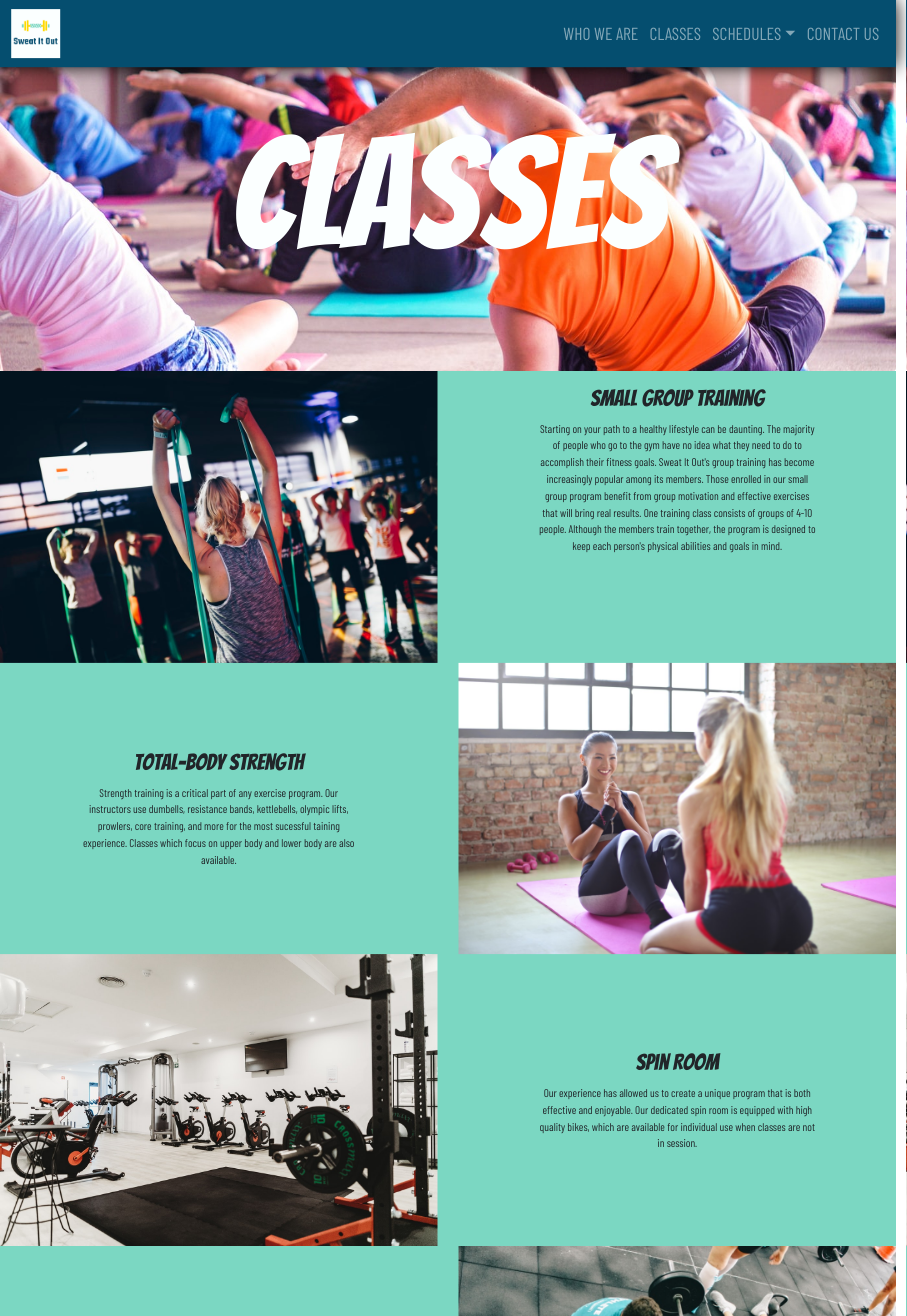
Repository: amybru/sweatitout
Page: classes.html
The author's editor kept a record of every edit. The page is drawn from the files as they stood at one moment, then again after the next edit.
The browser window is 1280 px wide. The page is 1295 px wide, so the pictures cover 1295 px, including what lies to the right of the window. The pictures show the part of the page from y = 0 to 1880 px (the page is 2873 px tall), at 70% of full size.
Some web fonts or font styles are not loaded; a fallback is used. Some web libraries are served in a nearby version.

Above is the page before.

### classes.html
<!DOCTYPE html>
<html>

<head>
    <meta charset="utf-8">
    <meta name="viewport" content="width=device-width, initial-scale=1.0">
    <link rel="stylesheet" href="https://maxcdn.bootstrapcdn.com/bootstrap/4.2.1/css/bootstrap.min.css" type="text/css" />
    <link rel="stylesheet" href="https://maxcdn.bootstrapcdn.com/font-awesome/4.7.0/css/font-awesome.min.css" type="text/css" />
    <link href="https://fonts.googleapis.com/css?family=Bangers|Barlow+Condensed:200,300,400,500,700&display=swap" rel="stylesheet">
    <link rel="stylesheet" type="text/css" href="css/style.css">
    <title>Gym</title>
</head>

<body>

    <header>
        <nav class="navbar navbar-expand-lg navbar-dark bg-default fixed-top">
            <a class="navbar-brand" href="index.html">
    <img src="./img/logo.png" width="70" height="70" alt="logo">
  </a>
            <button class="navbar-toggler" type="button" data-toggle="collapse" data-target="#navbarNavDropdown" aria-controls="navbarNavDropdown" aria-expanded="false" aria-label="Toggle navigation">
    <span class="navbar-toggler-icon"></span>
  </button>
            <div class="collapse navbar-collapse" id="navbarNavDropdown">
                <ul class="navbar-nav ml-auto">
                    <li class="nav-item">
                        <a class="nav-link uppercase" href="about.html">Who We Are</a>
                    </li>
                    <li class="nav-item">
                        <a class="nav-link uppercase" href="classes.html">Classes</a>
                    </li>
                    <li class="nav-item dropdown d-none d-lg-block">
                        <a class="nav-link dropdown-toggle uppercase" href="#" id="navbarDropdownMenuLink" role="button" data-toggle="dropdown" aria-haspopup="true" aria-expanded="false">Schedules</a>
                        <div class="dropdown-menu" aria-labelledby="navbarDropdownMenuLink">
                            <a class="dropdown-item uppercase" href="./img/2018schedule.pdf" target="_blank">2018 Schedule</a>
                            <a class="dropdown-item uppercase" href="./img/2019schedule.pdf" target="_blank">2019 Schedule</a>
                            <a class="dropdown-item uppercase" href="./img/2019schedule.pdf" target="_blank">2020 Schedule</a>
                        </div>
                    </li>
                    <li class="nav-item">
                        <a class="nav-link uppercase" href="contact.html">Contact Us</a>
                    </li>
                </ul>
            </div>
        </nav>
    </header>

    <section class="jumbotron" id="classes-view">
        <div class="row">
            <div class="col-12">
                <section class="callout">
                    <h1 class="gym-name">Classes</h1>
                </section>
            </div>
        </div>
    </section>

    <section class="container-fluid classesavailable">
        <div class="row">
            <div class="col-md-6 order-2 order-md-1">
                <img class="img-fluid" src="./img/gymthree.jpg" alt="Small Group" id="optionone">
            </div>
            <div class="col-md-6 text-center order-1 order-md-2">
                <div class="row justify-content-center">
                    <div class="col-10 col-lg-8 blurb">
                        <h4 class="card-title">Small Group Training</h4>
                        <p class="card-text">Starting on your path to a healthy lifestyle can be daunting. The majority of people who go to the gym have no idea what they need to do to accomplish their fitness goals. Sweat It Out's group training has become increasingly popular among its members. Those enrolled in our small group program benefit from group motivation and effective exercises that will bring real results. One training class consists of groups of 4-10 people. Although the members train together, the program is designed to keep each person's physical abilities and goals in mind. </p>
                    </div>
                </div>
            </div>
        </div>

        <div class="row align-items-center content">
            <div class="col-md-6 text-center order-2 order-md-1">
                <div class="row justify-content-center">
                    <div class="col-10 col-lg-8 blurb">
                        <h4 class="card-title">Total-Body Strength</h4>
                        <p class="card-text">
                            Strength training is a critical part of any exercise program. Our instructors use dumbells, resistance bands, kettlebells, olympic lifts, prowlers, core training, and more for the most sucessful taining experience. Classes which focus on upper body and lower body are also available.
                        </p>
                    </div>
                </div>
            </div>
            <div class="col-md-6 order-2 order-md-1">
                <img class="img-fluid" src="./img/gymone.jpeg" alt="Total Body Strength" id="optiontwo">
            </div>
        </div>


        <div class="row align-items-center content">
            <div class="col-md-6 order-2 order-md-1">
                <img class="img-fluid" src="./img/classesone.jpg" alt="Spinroom" id="optionthree">
            </div>
            <div class="col-md-6 text-center order-1 order-md-2">
                <div class="row justify-content-center">
                    <div class="col-10 col-lg-8 blurb">
                        <h4 class="card-title">Spin Room</h4>
                        <p class="card-text">Our experience has allowed us to create a unique program that is both effective and enjoyable. Our dedicated spin room is equipped with high quality bikes, which are available for individual use when classes are not in session.</p>
                    </div>
                </div>
            </div>
        </div>

        <div class="row align-items-center content">
            <div class="col-md-6 text-center order-2 order-md-1">
                <div class="row justify-content-center">
                    <div class="col-10 col-lg-8 blurb">
                        <h4 class="card-title">One-On-One Training</h4>
                        <p class="card-text">There isn't just one workout plan that works for everyone. One-on-one training is a personalized training oportunity. Your trainer will work with you to help you set and reach your goals. Reward yourself with improved health, mood, confidence, energy and longevity.</p>
                    </div>
                </div>
            </div>
            <div class="col-md-6 order-2 order-md-1">
                <img class="img-fluid" src="./img/gymtwo.jpg" alt="One-On-One" id="optionfour">
            </div>
        </div>

    </section>



    <section class="scheduling ">
        <table>
            <tr>
                <td class="weekday">Sunday</td>
                <td class="weekday">Monday</td>
                <td class="weekday">Tuesday</td>
                <td class="weekday">Wednesday</td>
                <td class="weekday">Thursday</td>
                <td class="weekday">Friday</td>
                <td class="weekday">Saturday</td>
            </tr>
            <tr>
                <td></td>
                <td>5:30am Lower-Body Burn</td>
                <td></td>
                <td>6:00am Upper-Body burn</td>
                <td>5:30am Lower-Body Burn</td>
                <td>6:00am Upper-Body Burn</td>
                <td></td>
            </tr>
            <tr>
                <td>7:00am Total Body Strength</td>
                <td></td>
                <td>7:00am Total Body Strength</td>
                <td></td>
                <td>7:00am Total Body Strength</td>
                <td></td>
                <td>7:00am Total Body Strength</td>
            </tr>
            <tr>
                <td>9:00am Spin Room</td>
                <td></td>
                <td></td>
                <td></td>
                <td></td>
                <td>9:00am Spin Room</td>
                <td>9:00am Spin Room</td>
            </tr>
            <tr>
                <td></td>
                <td></td>
                <td></td>
                <td>5:30pm Upper-Body Burn</td>
                <td>6:30pm Lower-Body Burn</td>
                <td>5:30pm Upper-Body Burn</td>
                <td>4:30pm Lower-Body Burn</td>
            </tr>
            <tr>
                <td>7:00pm Total Body Strength</td>
                <td>6:30pm Lower-Body Burn</td>
                <td>7:00pm Total Body Strength</td>
                <td></td>
                <td>7:00pm Total Body Strength</td>
                <td></td>
                <td>7:00pm Spin Room</td>
            </tr>
        </table>
    </section>

    <div class="row" id="schedule">
        <div class="col-sm-6">
            <h5 class="uppercase general-sub">Download the most up to date schedule</h5>
            <a href="./img/2019schedule.pdf" target="_blank" class="schedule-pdf" target="_blank">
                    <i class="fa fa-download" aria-hidden="true"></i>
                    <span class="sr-only">Download link</span>
                </a>
        </div>

        <div class="col-sm-6">
            <h5 class="uppercase general-sub">Questions? Interested in signing up for a class?</h5>
            <a href="contact.html" class="btn btn-lg classesbtn uppercase">Sign up today!</a>
        </div>
    </div>


    <footer class="footer container-fluid" id="footer">
        <div>
            <div id="footer-details">
                <h5 class="footer-name uppercase">SWEAT IT OUT</h5>
                <p class="block">123 1st Street<br> (555) 222-2323</p>
            </div>

            <div class="footer-social">
                <ul class="list-inline social-links">
                    <li class="list-inline-item">
                        <a target="_blank" href="https://www.facebook.com/">
                            <i class="fa fa-facebook" aria-hidden="true"></i>
                            <span class="sr-only"Facebook></span>
                        </a>
                    </li>
                    <li class="list-inline-item">
                        <a target="_blank" href="https://www.yelp.com/">
                            <i class="fa fa-yelp" aria-hidden="true"></i>
                            <span class="sr-only"Yelp></span>
                        </a>
                    </li>
                    <li class="list-inline-item">
                        <a target="_blank" href="https://www.google.com/">
                            <i class="fa fa-google-plus" aria-hidden="true"></i>
                            <span class="sr-only"Google+></span>
                        </a>
                    </li>
                    <li class="list-inline-item">
                        <a target="_blank" href="https://www.instagram.com/">
                            <i class="fa fa-instagram" aria-hidden="true"></i>
                            <span class="sr-only"Instagram></span>
                        </a>
                    </li>
                    <li class="list-inline-item">
                        <a target="_blank" href="https://twitter.com/?lang=en">
                            <i class="fa fa-twitter" aria-hidden="true"></i>
                            <span class="sr-only"Twitter></span>
                        </a>
                    </li>
                </ul>
            </div>
        </div>

    </footer>

</body>

<script src="https://code.jquery.com/jquery-3.3.1.slim.min.js" integrity="sha384-q8i/X+965DzO0rT7abK41JStQIAqVgRVzpbzo5smXKp4YfRvH+8abtTE1Pi6jizo" crossorigin="anonymous"></script>
<script src="https://cdnjs.cloudflare.com/ajax/libs/popper.js/1.14.7/umd/popper.min.js" integrity="sha384-UO2eT0CpHqdSJQ6hJty5KVphtPhzWj9WO1clHTMGa3JDZwrnQq4sF86dIHNDz0W1" crossorigin="anonymous"></script>
<script src="https://stackpath.bootstrapcdn.com/bootstrap/4.3.1/js/bootstrap.min.js" integrity="sha384-JjSmVgyd0p3pXB1rRibZUAYoIIy6OrQ6VrjIEaFf/nJGzIxFDsf4x0xIM+B07jRM" crossorigin="anonymous"></script>

</html>

### css/style.css
/* ----------------------------------------General */

body {
    font-family: 'Barlow Condensed', sans-serif;
    font-size: 400;
    margin-top: 80px;
    margin-bottom: 0;
}

h1 {
    font-family: 'Bangers', sans-serif;
}

.card-button {
    display: block;
    max-width: 300px;
    margin: auto;
    font-family: 'Bangers', sans-serif;
    font-weight: bold;
    border-radius: 23px;
    width: 160px;
    margin-top: 20px;
    background-color: #054e6f;
    color: #fbffff;
}

.card-button:hover {
    background-color: #ffd900;
    color: #fbffff;
}

.reviewb {
    background-color: #054e6f;
    color: #fbffff;
    border-radius: 23px;
    font-family: 'Bangers', sans-serif;
}

.reviewb:hover {
    background-color: #67c60a;
    color: #fbffff;
}

.modalbtn {
    color: #054e6f;
    background-color: #ffd900;
    border-color: #f05f40;
    border-radius: 23px;
    font-family: 'Bangers', sans-serif;
}

.landingbutton {
    color: #054e6f;
    background-color: #ffd900;
    border-radius: 23px;
    border-color: #054e6f;
    font-family: 'Bangers', sans-serif;
}

.landingbutton:hover {
    color: #ffd900;
    background-color: #054e6f;
}

.free-button {
    display: block;
    max-width: 500px;
    margin: auto;
    font-family: 'Bangers', sans-serif;
    font-weight: bold;
    border-radius: 23px;
    width: 300px;
    margin-top: 40px;
    background-color: #054e6f;
    color: #fbffff;
}

.free-button:hover {
    background-color: #67c60a;
    color: #fbffff;
}

.btn-contact[type="submit"] {
    margin-top: 20px;
    margin-bottom: 30px;
    color: #000;
    background-color: #ffd900;
    font-family: 'Bangers', sans-serif;
}

.btn-contact:hover {
    color: #ffd900;
    background-color: #000;
}

.uppercase {
    text-transform: uppercase;
}

/* ----------------------------------------Navbar*/

nav {
    background-color: #054e6f;
    position: fixed;
    top: 0;
    left: 0;
    right: 0;
    display: flex;
    box-shadow: 0 0 25px 0 #000;
    z-index: 1;
}


.navbar-brand {
    width: 80px;
    height: 80px;
    transition: transform .2s;
}

.navbar-brand:hover {
    transform: scale(1.25);
}

.navbar-nav li a {
    text-decoration: none;
    color: #fbffff;
    font-size: 25px;
    border-radius: 23px;
    text-align: right;
    transition-property: background-color;
    transition-duration: .5s;
    transition-timing-function: ease-in-out;
}

.navbar-nav li a:hover {
    color: #054e6f;
    background-color: #fbffff;
    border-radius: 23px;
}

.dropdown-menu {
    background-color: #ffd900;
    color: #054e6f;
    position: relative;
}

.dropdown-item {
    background-color: #ffd900;
    color: #054e6f;
    border-radius: 23px;
}

.dropdown-item:hover {
    color: #054e6f;
    background-color: #fbffff;
    transition-property: background-color;
    transition-duration: .5s;
    transition-timing-function: ease-in-out;
}

/* ---------------------------------------Jumbotrons */

.jumbotron {
    height: 22em;
    display: flex;
    justify-content: center;
    text-align: center;
    position: relative;
    margin-bottom: 0;
}

#landing-view {
    background-image: url("../img/fit.jpg");
    max-height: 450px;
    background-position: center;
    background-repeat: no-repeat;
    background-size: cover;
    text-align: center;
    font-size: 2vw;
    color: #fbffff;
}

#about-view {
    background-image: url("../img/sweatitoutgym.jpg");
    max-height: 450px;
    background-position: center;
    background-repeat: no-repeat;
    background-size: cover;
    text-align: center;

    font-size: 2.5vw;
    color: #fbffff;
}

#classes-view {
    background-image: url("../img/workout.jpg");
    max-height: 450px;
    background-position: center;
    background-repeat: no-repeat;
    background-size: cover;
    text-align: center;

    font-size: 2.5vw;
    color: #fbffff;
}

#contact-view {
    background-image: url("../img/gymfour.jpg");
    max-height: 400px;
    background-position: center;
    background-repeat: no-repeat;
    background-size: cover;
    text-align: center;

    font-size: 2.5vw;
    color: #fbffff;
}

/* ----------------------------------------Footer */


footer {
    background-color: #054e6f;
    color: #fbffff;
    text-align: center;
     min-height: 130px;
     margin-bottom: 0;
}

.social-links {
    padding-bottom: 15px;
}

.social-links li a i {
    width: 32px;
    height: 32px;
    padding: 12px 0;
    border-radius: 50%;
    font-size: 13px;
    line-height: 7px;
    text-align: center;
    color: #fbffff;
    background: #000;
    transition: all 0.35s ease-in-out;
    -moz-transition: all 0.35s ease-in-out;
    -webkit-transition: all 0.35s ease-in-out;
    -o-transition: all 0.35s ease-in-out;
}

.social-links li a i:hover {
    background-color: #ffd900;
}

#footer-details {
    padding: 20px;
}

.navbar-toggler {
    color: #fbffff;
}

/* ----------------------------------------Home page styles */

.bg-color-about-landing {
    background-color: #fbffff;
    padding-top: 10px;
    margin-top: 10px;
    margin-bottom: 35px;
}

.bg-color-services-landing {
    background-color: #7bd7c2;
    padding: 40px;
}

.bg-color-review-landing {
    background-color: #ffd900;
}

.about-landing-page h3 {
    font-size: 60px;
    font-family: 'Bangers', sans-serif;
}

.about-landing-page p {
    font-size: 30px;
}

.gym-name {
    font-size: 7em;
}

.card-main {
    margin: 20px 10px;
    transition: transform .2s;
}

.card-main:hover {
    transform: scale(1.25);
}

.card-title {
    font-family: 'Bangers', sans-serif;
}

.review {
    padding-top: 3em;
    padding-bottom: 2em;
    margin: 0;
}

#reviews {
    font-family: 'Bangers', sans-serif;
    font-size: 40px;
}

/* ----------------------------------------About Page styles */

.about-about {
    background-color: #fbffff;
    margin: 0;
}

.about-about p {
    font-size: 35px;
}

.about-gallery {
    background-color: #7bd6c2;
    padding: 20px;
    margin: 0;
}

.about-gallery .flex {
    display: flex;
    padding: 30px;
}

.about-gallery h2 {
    margin-bottom: 40px;
    font-family: 'Bangers', sans-serif;
    font-size: 55px;
    padding-top: 20px;
    padding-left: 30px;
}

.about-gallery h3 {
    font-weight: 400;
    width: 100%;
    font-size: 32px;
    font-family: 'Bangers', sans-serif;
    line-height: 1;
}

.about-gallery p {
    font-weight: 400;
    margin-top: 5px;
    font-size: 18px;
    max-width: 600px;
    text-align: justify;
}

.about-gallery .photo {
    width: 208px;
    height: 211px;
    border-radius: 50%;
    position: relative;
    margin-right: 5px;
}

.about-gallery .border {
    border: 5px solid #fbffff;
}

.instructor-details {
    padding-left: 30px;
    padding-right: 100px;
}


.about-skills {
    background-color: #054e6f;
    padding-top: 20px;
    padding-bottom: 20px;
    margin: 0;
}

.about-skills h3 {
    font-family: 'Bangers', sans-serif;
    font-size: 60px;
    text-align: center;
    color: #fff;
}

.about-skills h4 {
    font-family: 'Bangers', sans-serif;
    font-size: 30px;
    color: #ffd900;
}

.about-skills p {
    margin-bottom: 0;
    padding: 0;
    text-align: right;
    color: #fbffff;
}

.about-signup {
    background-color: #ffd900;
    text-align: center;
    padding-top: 50px;
    padding-bottom: 20px;
}

.about-signup h3 {
    font-family: 'Bangers', sans-serif;
    font-size: 55px;
}

.about-signup p {
    font-size: 30px;
}

/* ----------------------------------------Classes page styles*/

.classesavailable {
    background-color: #7bd7c2;
    padding: 0;
    align-items: center;
}

.blurb {
    padding: 20px;
}

.content {
    align-items: center;
}

.blurb h4 {
    font-size: 2rem;
}

#optionone {
    padding-left: 0;
    background-position: center;
    background-repeat: no-repeat;
    background-size: cover;
    text-align: center;
}

#optiontwo {
    padding-right: 0;
    background-position: center;
    background-repeat: no-repeat;
    background-size: cover;
    text-align: center;
}

#optionthree {
    padding-left: 0;
    background-position: center;
    background-repeat: no-repeat;
    background-size: cover;
    text-align: center;
}

#optionfour {
    padding-right: 0;
    background-position: center;
    background-repeat: no-repeat;
    background-size: cover;
    text-align: center;
}




table {
    border-collapse: collapse;
    border: 2px solid rgb(200, 200, 200);
    letter-spacing: 1px;
    font-size: 0.8rem;
    margin-bottom: 10px;
    margin-top: 30px;
}

.weekday {
    font-family: 'Bangers', sans-serif;
    font-size: 20px;

}

td,
th {
    border: 1px solid rgb(190, 190, 190);
    padding: 10px 20px;
}

th {
    background-color: rgb(235, 235, 235);
}

td {
    text-align: center;
}

@media only screen and (max-width: 1026px) {
  .scheduling  {
    display: none;
  }
}

.schedule-pdf i {
    font-size: 25px;
    color: #ffd900;
    background-color: #054e6f;
    width: 45px;
    height: 45px;
    padding: 20px 0px;
    border-radius: 50%;
    line-height: 6px;
    text-align: center;
    transition: all 0.35s ease-in-out;
    -moz-transition: all 0.35s ease-in-out;
    -webkit-transition: all 0.35s ease-in-out;
    -o-transition: all 0.35s ease-in-out;
}

.schedule-pdf i:hover {
    color: #054e6f;
    background-color: #ffd900;
}

.classesbtn {
    background-color: #054e6f;
    color: #ffd900;
    border-radius: 23px;
    font-family: 'Bangers', sans-serif;
}

.classesbtn:hover {
    background-color: #ffd900;
    color: #054e6f;
}

#schedule {
    padding: 15px;
}

#schedule h5 {
    font-family: 'Bangers', sans-serif;
    font-size: 2.5em;
}


/* ----------------------------------------Contact page styles*/

.column {
    float: left;
    margin-top: 0px;
    padding-top: 10px;
    margin-bottom: 30px;
}

.left {
    width: 40%;
    background-color: #7bd7c2;;
    text-align: center;
}

.right {
    width: 60%;
    background-color: #fbffff;
    justify-content: center;
}

.contact-gym-name {
    font-family: 'Bangers', sans-serif;
    font-size: 50px;
}

.contact-info-item .key {
    font-size: 30px;
    font-weight: 600;
}

.contact-info-item .value {
    font-size: 25px;
}


.contact-gym-hours {
    font-family: 'Bangers', sans-serif;
    font-size: 40px;
}

.buisness-info-item {
    background-color: white;
}

.buisness-info-item .key {
    font-size: 30px;
    font-weight: 600;
}

.buisness-info-item .value {
    font-size: 25px
}

.contact-form {
    padding-left: 100px;
    padding-right: 100px;
}

form {
    padding-top: 15px;
}

.contact-form h3 {
    font-family: 'Bangers', sans-serif;
    font-size: 50px;
}

.contact-form h5 {
    font-family: 'Bangers', sans-serif;
    font-size: 30px;
}

.contact-heading {
    font-family: 'Bangers', sans-serif;
    font-size: 50px;
}

After the next edit:
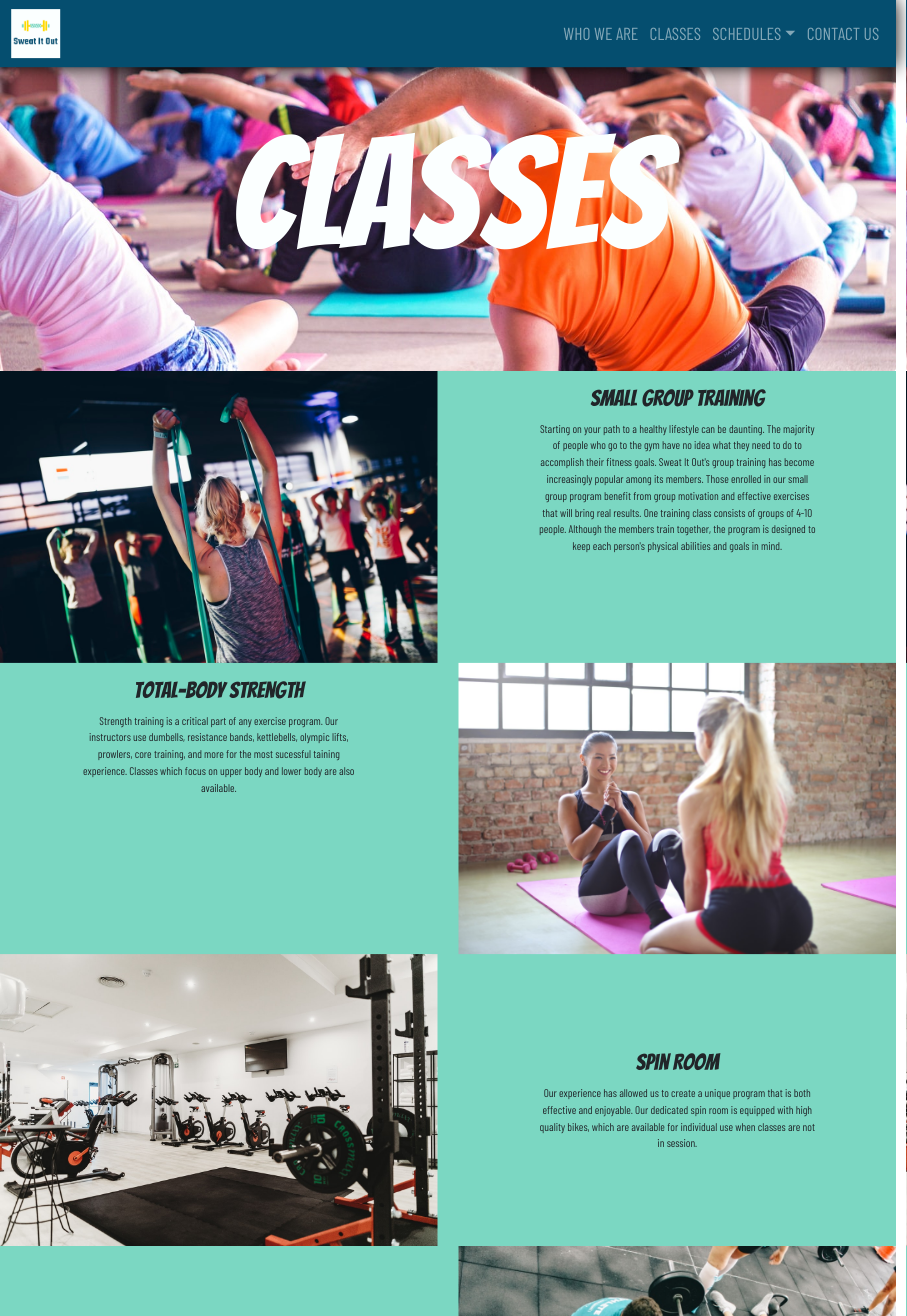
The edit:
--- a/classes.html
+++ b/classes.html
@@ -70,7 +70,7 @@
             </div>
         </div>
 
-        <div class="row align-items-center content">
+        <div class="row">
             <div class="col-md-6 text-center order-2 order-md-1">
                 <div class="row justify-content-center">
                     <div class="col-10 col-lg-8 blurb">
